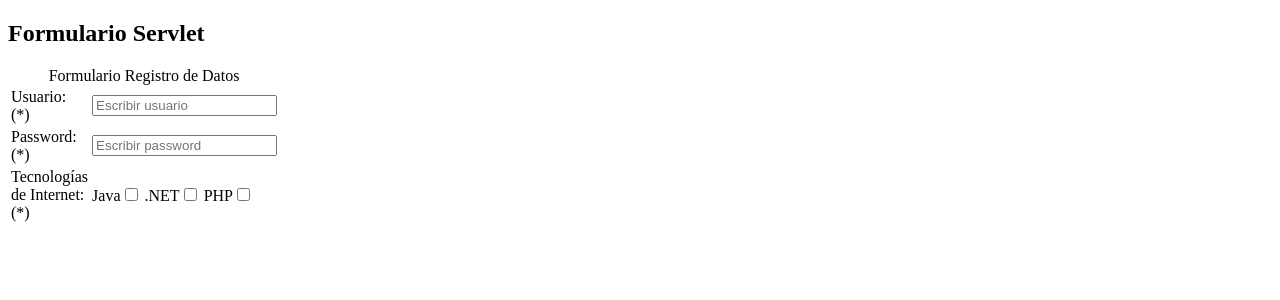
Repository: SRubiRosales/JavaBasico
Page: http://localhost/ManejoFormulariosHTML/
These files come from the project's save history. The page is drawn as it stood at one moment and after the next save; the edit follows.
The browser window is 1280 px wide. The pictures show the whole page.
The page is served by Tomcat 9.

Above is the page before, as saved 2022-04-25 22:20:41.

After the next save:
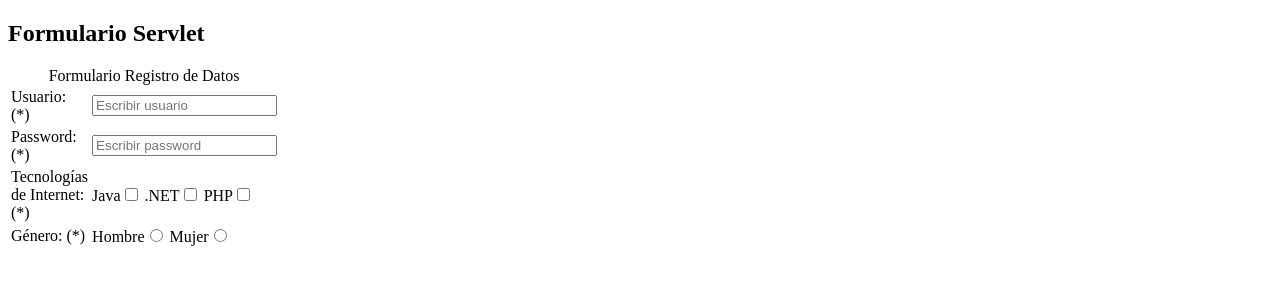
Saved 2 min 35 s later.
--- a/ManejoFormulariosHTML/src/main/webapp/index.jsp
+++ b/ManejoFormulariosHTML/src/main/webapp/index.jsp
@@ -32,6 +32,13 @@
 						<span>PHP<input type="checkbox" name="tecnologia" value="php"/></span>
 					</td>
 				</tr>
+				<tr>
+					<td class="columna">Género: (*)</td>
+					<td>
+						Hombre<input type="radio" name="genero" value="H"/>
+						Mujer<input type="radio" name="genero" value="M"/>
+					</td>
+				</tr>
 			</table>
 		</form>
 	</body>
